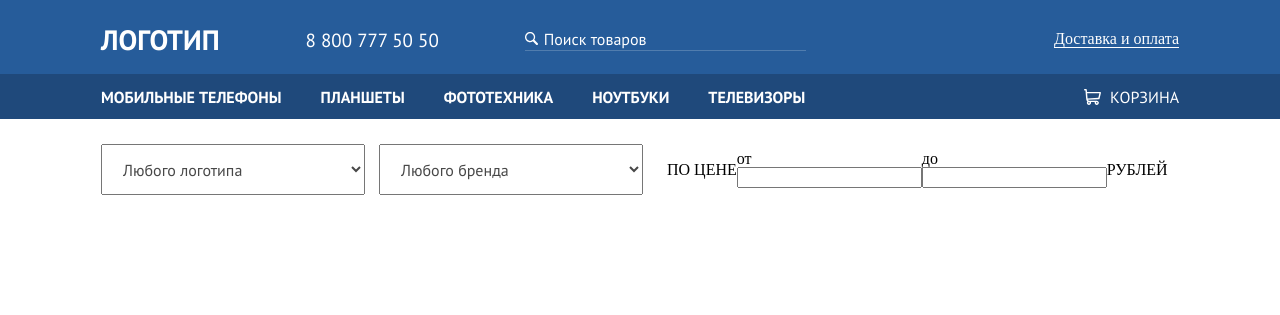
Repository: sem1103/WEBCompany
Page: index.html
These files come from the project's save history. The page is drawn as it stood at one moment and after the next save; the edit follows.
The browser window is 1280 px wide. The pictures show the whole page.

Above is the page before, as saved 2024-01-11 19:36:29.

### index.html
<!DOCTYPE html>
<html lang="en">

<head>
    <meta charset="UTF-8">
    <meta name="viewport" content="width=device-width, initial-scale=1.0">
    <title>Интернет магазин</title>

    <link rel="preconnect" href="https://fonts.googleapis.com">
    <link rel="preconnect" href="https://fonts.gstatic.com" crossorigin>
    <link href="https://fonts.googleapis.com/css2?family=PT+Sans:wght@400;700&display=swap" rel="stylesheet">

    <link rel="stylesheet" href="styles/reset.css">
    <link rel="stylesheet" href="styles/main.css">
</head>

<body>
    <div id="page">
        <header>
            <div class="container">
                <div class="header__logo">
                    <span>ЛОГОТИП</span>
                </div>
                <p class="phone__number"><a href="tel:+78007775050">8 800 777 50 50</a></p>
                <div class="search__items">
                    <button>
                        <svg xmlns="http://www.w3.org/2000/svg" width="13" height="13" viewBox="0 0 13 13" fill="none">
                            <path
                                d="M8.68135 1.48741C6.69814 -0.495804 3.4703 -0.495804 1.48709 1.48741C-0.495696 3.47106 -0.495696 6.69846 1.48709 8.6821C3.2532 10.4478 6.00382 10.6369 7.98574 9.25819C8.02744 9.45553 8.12289 9.64383 8.27637 9.79731L11.1646 12.6855C11.5855 13.1055 12.2656 13.1055 12.6843 12.6855C13.1048 12.265 13.1048 11.5849 12.6843 11.1657L9.79613 8.27669C9.64351 8.1245 9.45477 8.02863 9.25744 7.98692C10.6371 6.00457 10.4479 3.25438 8.68135 1.48741ZM7.76949 7.77024C6.28885 9.25089 3.87916 9.25089 2.39895 7.77024C0.919166 6.2896 0.919166 3.88034 2.39895 2.3997C3.87916 0.919489 6.28885 0.919489 7.76949 2.3997C9.25013 3.88034 9.25013 6.2896 7.76949 7.77024Z"
                                fill="white" />
                        </svg>
                    </button>
                        <input type="text" name="itemName" placeholder="Поиск товаров">

                </div>
                <p class="delivery"><a href="">Доставка и оплата</a></p>
                <a href="" class="mobile__cart">
                    <svg xmlns="http://www.w3.org/2000/svg" width="21" height="20" viewBox="0 0 21 20" fill="none">
                        <path d="M20.1372 3.64139H3.71775L3.47368 0.816059C3.43376 0.354025 3.0611 0 2.61469 0H0.862433C0.386124 0 0 0.401223 0 0.896159C0 1.39109 0.386124 1.79232 0.862433 1.79232H1.82622C2.35292 7.8897 0.991675 -7.86977 2.81815 13.2755C2.88854 14.1031 3.31889 15.0012 4.06025 15.6114C2.72361 17.3851 3.94489 20 6.11917 20C7.92379 20 9.19662 18.1298 8.57776 16.3584H13.298C12.6799 18.1275 13.95 20 15.7566 20C17.1983 20 18.3713 18.7812 18.3713 17.2831C18.3713 15.7849 17.1983 14.5661 15.7566 14.5661H6.125C5.46988 14.5661 4.89899 14.1554 4.65258 13.557L18.4354 12.7153C18.8117 12.6924 19.13 12.4181 19.2215 12.0381L20.9739 4.75489C21.1097 4.19014 20.6983 3.64139 20.1372 3.64139ZM6.11917 18.2077C5.62857 18.2077 5.22939 17.7929 5.22939 17.2831C5.22939 16.7732 5.62857 16.3584 6.11917 16.3584C6.60981 16.3584 7.009 16.7732 7.009 17.2831C7.009 17.7929 6.60981 18.2077 6.11917 18.2077ZM15.7565 18.2077C15.2659 18.2077 14.8667 17.7929 14.8667 17.2831C14.8667 16.7732 15.2659 16.3584 15.7565 16.3584C16.2472 16.3584 16.6464 16.7732 16.6464 17.2831C16.6464 17.7929 16.2472 18.2077 15.7565 18.2077ZM17.7018 10.9648L4.42042 11.7758L3.87257 5.43367H19.0326L17.7018 10.9648Z" fill="white"/>
                      </svg>
                </a>
            </div>

            <nav>
                <ul class="container">
                    <li><a href="">МОБИЛЬНЫЕ ТЕЛЕФОНЫ</a></li>
                    <li><a href="">ПЛАНШЕТЫ</a></li>
                    <li><a href="">ФОТОТЕХНИКА</a></li>
                    <li><a href="">НОУТБУКИ</a></li>
                    <li><a href="">ТЕЛЕВИЗОРЫ</a></li>

                    <li class="desc__cart"><a href="">
                       <svg xmlns="http://www.w3.org/2000/svg" width="17" height="16" viewBox="0 0 17 16" fill="none">
                            <path d="M16.3015 2.91311H3.0096L2.81202 0.652847C2.77971 0.28322 2.47804 0 2.11666 0H0.69816C0.312576 0 0 0.320979 0 0.716927C0 1.11288 0.312576 1.43385 0.69816 1.43385H1.47837C1.90475 6.31176 0.802785 -6.29581 2.28136 10.6204C2.33834 11.2825 2.68672 12.0009 3.28687 12.4891C2.20482 13.9081 3.19349 16 4.95361 16C6.4145 16 7.44488 14.5038 6.9439 13.0868H10.765C10.2647 14.502 11.2928 16 12.7553 16C13.9224 16 14.872 15.0249 14.872 13.8264C14.872 12.628 13.9224 11.6529 12.7553 11.6529H4.95834C4.428 11.6529 3.96585 11.3243 3.76638 10.8456L14.9239 10.1723C15.2285 10.1539 15.4862 9.93446 15.5603 9.63048L16.9789 3.80391C17.0888 3.35211 16.7558 2.91311 16.3015 2.91311ZM4.95361 14.5661C4.55646 14.5661 4.23331 14.2343 4.23331 13.8264C4.23331 13.4186 4.55646 13.0868 4.95361 13.0868C5.3508 13.0868 5.67395 13.4186 5.67395 13.8264C5.67395 14.2343 5.3508 14.5661 4.95361 14.5661ZM12.7553 14.5661C12.3581 14.5661 12.035 14.2343 12.035 13.8264C12.035 13.4186 12.3581 13.0868 12.7553 13.0868C13.1525 13.0868 13.4756 13.4186 13.4756 13.8264C13.4756 14.2343 13.1525 14.5661 12.7553 14.5661ZM14.33 8.77181L3.57844 9.42062L3.13494 4.34693H15.4073L14.33 8.77181Z" fill="white"/>
                          </svg>
                        КОРЗИНА</a></li>
                </ul>
            </nav>
        </header>

        <main>
            <div class="filter-title container">
                <select name="" id="logo__filter">
                    <option value="Любого логотипа">Любого логотипа</option>
                    <option value="Компакт-камера">Компакт-камера</option>
                    <option value="Беззеркальная">Беззеркальная</option>
                    <option value="Зеркальная">Зеркальная</option>
                    <option value="Среднеформатная">Среднеформатная</option>
                </select>

                <select name="" id="brand__filter">
                    <option value="Любого бренда">Любого бренда</option>
                    <option value="Canon">Canon</option>
                    <option value="Nikon">Nikon</option>
                    <option value="Sony">Sony</option>
                    <option value="Fujifilm">Fujifilm</option>
                    <option value="Samsung">Samsung</option>
                    <option value="Olympus">Olympus</option>

                </select>

                <div class="price__filter">
                    <p>ПО ЦЕНЕ</p>

                    <div class="price__from">
                        <p>от</p>
                        <input type="number" name="fromPrice" >
                    </div>
                    <div class="price__to">
                        <p>до</p>
                        <input type="number" name="toPrice" >

                    </div>
                    <p>РУБЛЕЙ</p>
                </div>
            </div>
        </main>

    </div>
</body>

</html>

### styles/reset.css
:root{
    --blue: #265C9A;
    --darkBlue: #1F497B;
    --yellow: #FBFF3D;
    --fontPT: 'PT Sans'
 }
html{
    scroll-behavior: smooth;
}
html,
body,
div,
span,
applet,
object,
iframe,
h1,
h2,
h3,
h4,
h5,
h6,
p,
blockquote,
pre,
a,
abbr,
acronym,
address,
big,
cite,
code,
del,
dfn,
em,
img,
ins,
kbd,
q,
s,
samp,
small,
strike,
strong,
sub,
sup,
tt,
var,
b,
u,
i,
center,
dl,
dt,
dd,
ol,
ul,
li,
fieldset,
form,
label,
legend,
table,
caption,
tbody,
tfoot,
thead,
tr,
th,
td,
article,
aside,
canvas,
details,
embed,
figure,
figcaption,
footer,
header,
hgroup,
menu,
nav,
output,
ruby,
section,
summary,
time,
mark,
audio,
video {
    margin: 0;
    padding: 0;
    border: 0;
    font-size: 100%;
    font: inherit;
    vertical-align: baseline
}

article,
aside,
details,
figcaption,
figure,
footer,
header,
hgroup,
menu,
nav,
section {
    display: block
}

body {
    line-height: 1;
}

ol,
ul {
    list-style: none
}

blockquote,
q {
    quotes: none
}

blockquote:before,
blockquote:after,
q:before,
q:after {
    content: '';
    content: none
}

table {
    border-collapse: collapse;
    border-spacing: 0
}

a {
    text-decoration: none;
    color: inherit;
    transition: all .3s ease-in-out
}

a:hover {
    color: #365edc;
}

* {
    box-sizing: border-box
}

main img{
    width: 100%;
    height: auto;
}

### styles/main.css


.container{
    max-width: 1078px;
    margin: 0 auto;
}
header{
    background: var(--blue);
}
nav{
    background: var(--darkBlue);
}
header > div{
    display: flex;
    align-items: center;
    padding: 21px 0 16px 0;
}
header a:hover{
    color: var(--yellow);
}
.header__logo span{
    font:700 28px var(--fontPT);
    color: #fff;
}
.phone__number{
    margin: 0 86px;
    font: 19px var(--fontPT);
    color: #fff;
}
.search__items{
    border-bottom: 1px solid #517DAE;
    max-width: 281px;
    width: 100%;
}
.search__items button{
    background-color: transparent;
    border: 0;
    padding: 0;
    margin: 0;
    cursor: pointer;
}
.search__items input{
    font: 16px var(--fontPT);
    background-color: transparent;
    border: 0;
    outline: 0;
    color: #fff;
}
.search__items input::placeholder{
    color: #fff;
}
.delivery{
    margin: 0 0 0 auto;
    color: #fff;
    border-bottom: 1px solid #fff;
}


.mobile__cart{
    display: none;
}


nav ul{
    display: flex;
    color: #fff;
    padding: 13px 0 12px 0;
}
nav li{
    margin: 0 39px 0 0;
    font: 700 16px var(--fontPT);
}
.desc__cart{
    margin: 0 0 0 auto;
    font-weight: 400;
}
.desc__cart a{
    display: flex;
    align-items: center;
}
.desc__cart svg{
    margin: 0 9px 0 0 ;
}


/*Filter*/
.filter-title{
    padding: 25px 0 23px 0;
    display: flex;
    align-items: center;

}
.price__filter{
    display: flex;
    align-items: center;

}

.filter-title select{
    font: 16px var(--fontPT);
    color: #484848;
    cursor: pointer;
    max-width: 264px;
    width: 100%;
    padding: 14px 17px 13px 17px;
    outline: 0;
}
#brand__filter{
    margin: 0 24px 0 14px;
}

After the next save:
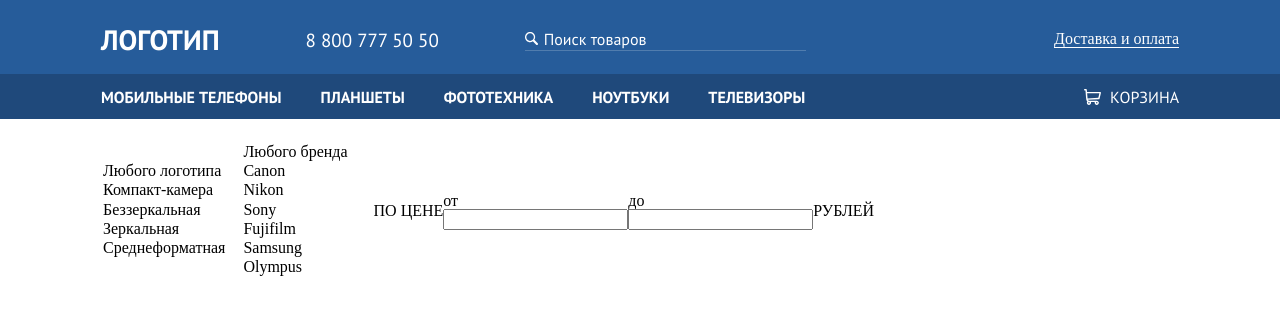
Saved 9 min 2 s later.
--- a/index.html
+++ b/index.html
@@ -60,15 +60,15 @@
 
         <main>
             <div class="filter-title container">
-                <select name="" id="logo__filter">
+                <div  id="logo__filter">
                     <option value="Любого логотипа">Любого логотипа</option>
                     <option value="Компакт-камера">Компакт-камера</option>
                     <option value="Беззеркальная">Беззеркальная</option>
                     <option value="Зеркальная">Зеркальная</option>
                     <option value="Среднеформатная">Среднеформатная</option>
-                </select>
+                </div>
 
-                <select name="" id="brand__filter">
+                <div  id="brand__filter">
                     <option value="Любого бренда">Любого бренда</option>
                     <option value="Canon">Canon</option>
                     <option value="Nikon">Nikon</option>
@@ -77,7 +77,7 @@
                     <option value="Samsung">Samsung</option>
                     <option value="Olympus">Olympus</option>
 
-                </select>
+                </div>
 
                 <div class="price__filter">
                     <p>ПО ЦЕНЕ</p>
@@ -97,6 +97,28 @@
         </main>
 
     </div>
+
+
+    <script>
+        window.addEventListener('DOMContentLoaded', ()=>{
+            const logoFilter = [
+                'Любого бренда',
+                'Компакт-камера',
+                'Беззеркальная',
+                'Зеркальная',
+                'Среднеформатная'
+            ]
+            const brandFilter = [
+                'Любого бренда',
+                'Canon',
+                'Nikon',
+                'Sony',
+                'Fujifilm',
+                'Samsung',
+                'Olympus'
+            ]
+        })
+    </script>
 </body>
 
 </html>
